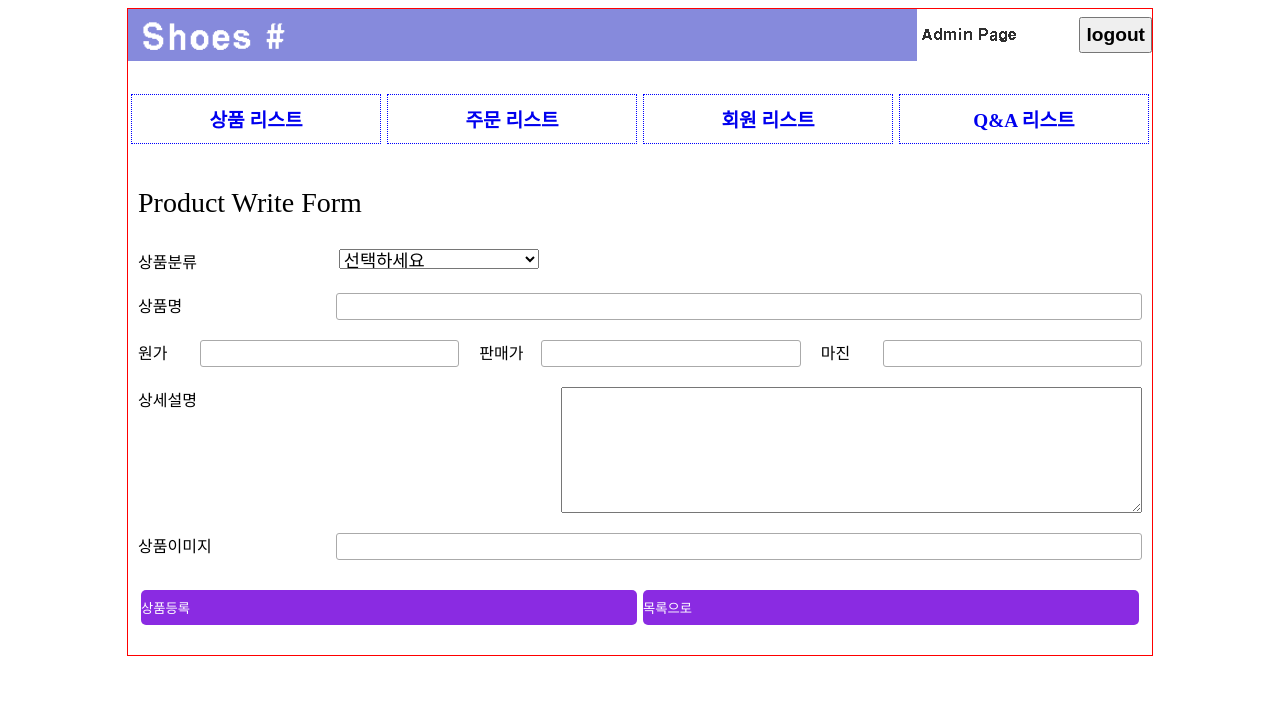
Repository: kkm41/SQL
Page: http://localhost/WEB12_ShoesShop/admin/product/productWrite.jsp
The author's editor kept a copy of each file at every save. The page is drawn from the files as they stood at one save, then again after the next save.
The browser window is 1280 px wide. The pictures show the whole page.
The page is served by Tomcat 10. The template is opened directly, without the code that normally fills it, so the values that code supplies are empty.

Above is the page before, as saved 2024-05-23 07:40:34.

After the next save:
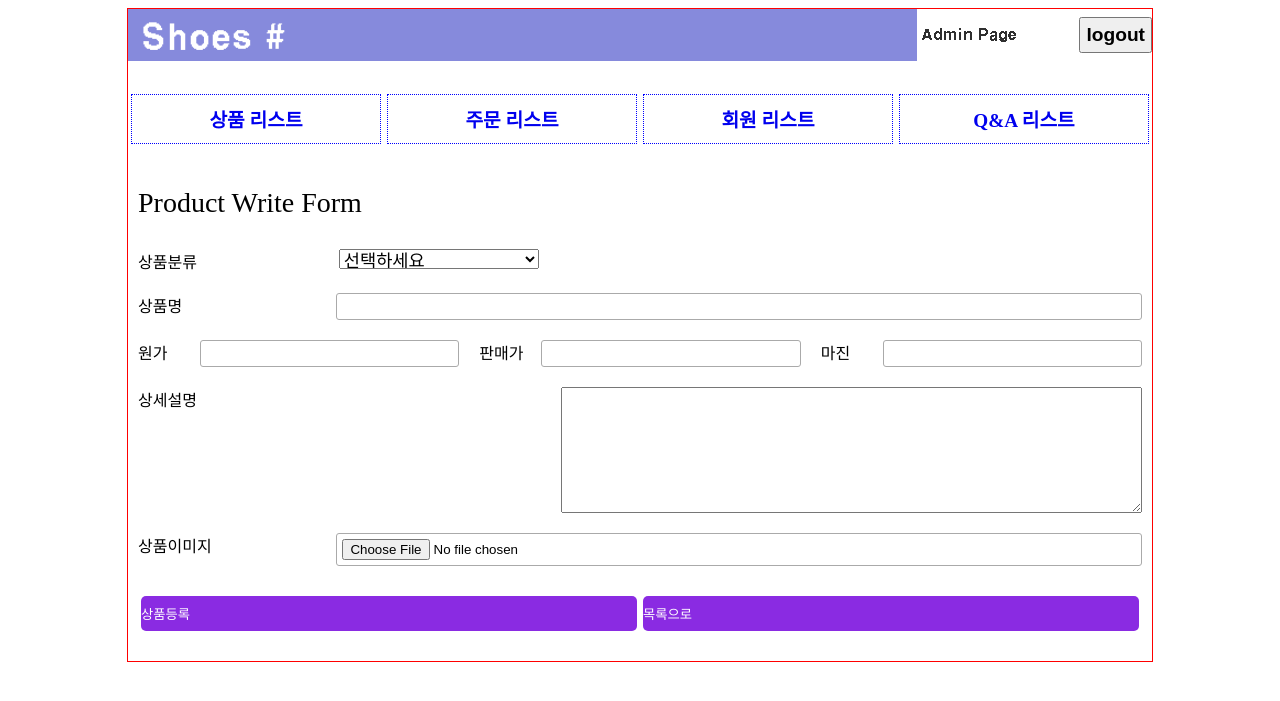
Saved 18 s later.
--- a/workspace/WEB12_ShoesShop/src/main/webapp/admin/product/productWrite.jsp
+++ b/workspace/WEB12_ShoesShop/src/main/webapp/admin/product/productWrite.jsp
@@ -35,7 +35,7 @@
 					</div>
 					<div class="field">
 					<label>상품이미지</label>
-						<input type="text" name=""/>
+						<input type="file" name="image"/>
 					</div>
 					<div class="btn">
 						<input type="btn" type="button" value="상품등록" onClick="go_save()">
